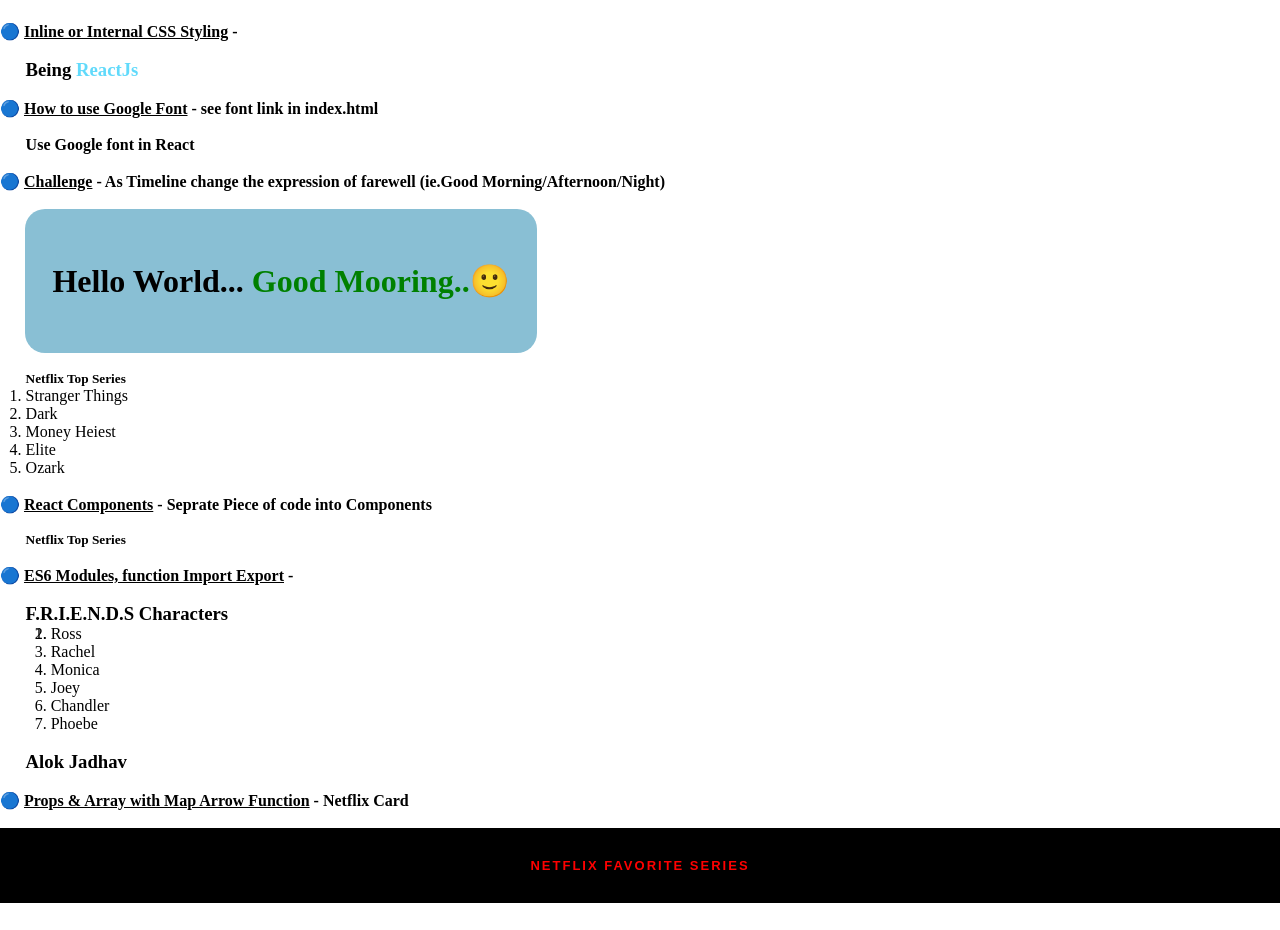
Repository: AalokJadhav/Being_ReactJS
Page: /
These files come from the project's save history. The page is drawn as it stood at one moment and after a run of saves; the edit follows.
The browser window is 1280 px wide. The pictures show the part of the page from y = 728 to 1658 px (the page is 2094 px tall before and 2112 px after).
Pictures or frames that could not be fetched are drawn as grey boxes. Some web fonts or font styles are not loaded; a fallback is used. The project was rebuilt for these pictures with package versions that can differ from the ones it lists, and the page was loaded fresh each time.

Above is the page before, as saved 2021-10-18 23:51:21.

After the next 2 saves:
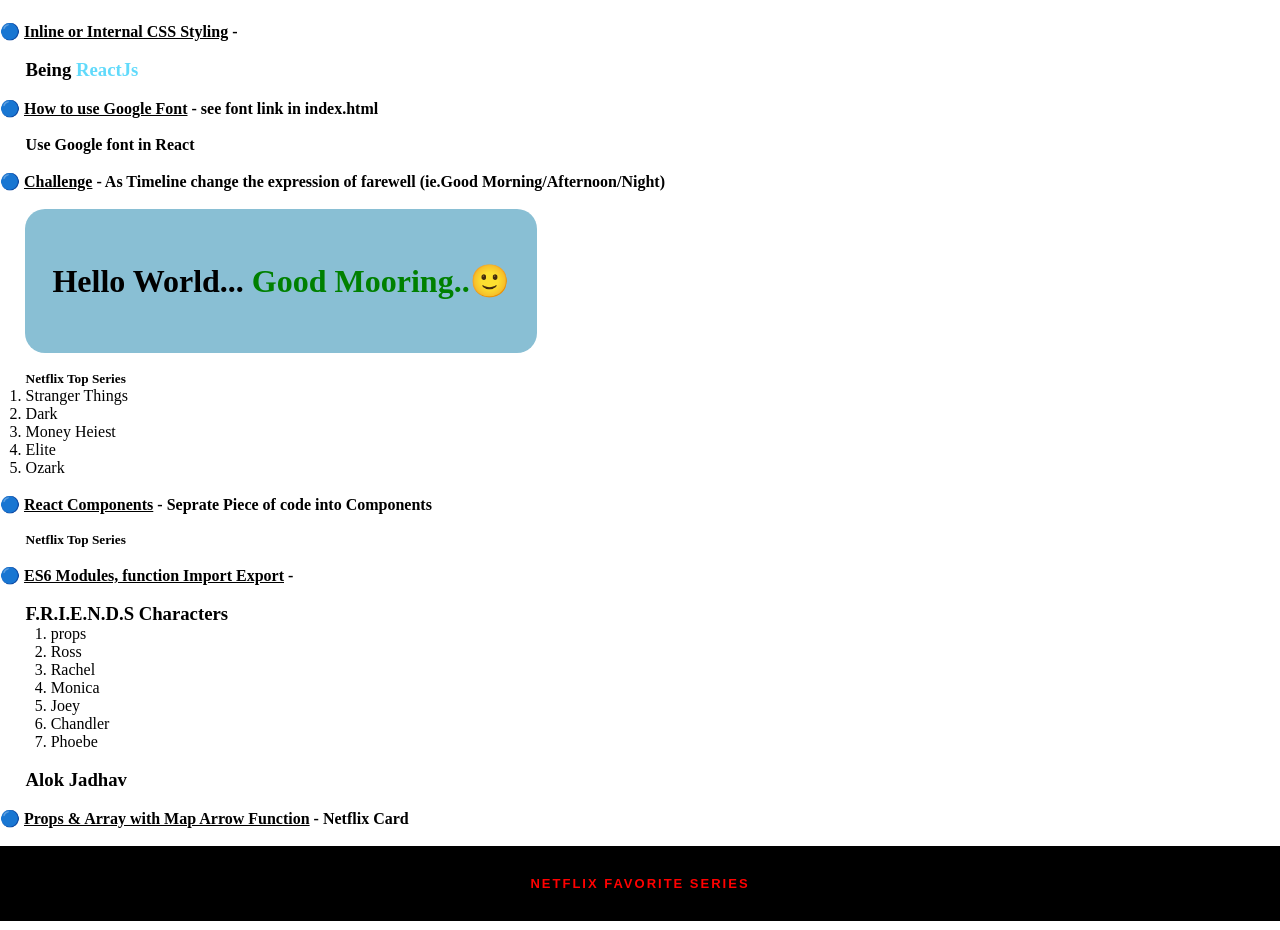
The 2 saves are shown as one change because 1 did not build or start.
The last was saved 91 s later.
--- a/src/AllCharacter.jsx
+++ b/src/AllCharacter.jsx
@@ -12,14 +12,14 @@
   AllCharacters.push(<li>{data}</li>);
 });
 
-function AllCharacter() {
+function AllCharacter(props) {
   return (
     <>
       <h4>🔵 <u>ES6 Modules, function Import Export</u> - </h4><br />
       <div className="content">
         <h3>F.R.I.E.N.D.S Characters</h3>
         <ol className="content">
-          <li>{AllCharacters}</li>
+          <li>props{AllCharacters}</li>
         </ol>
         <br />
         <h3>{Myname}</h3>

After the save that followed:
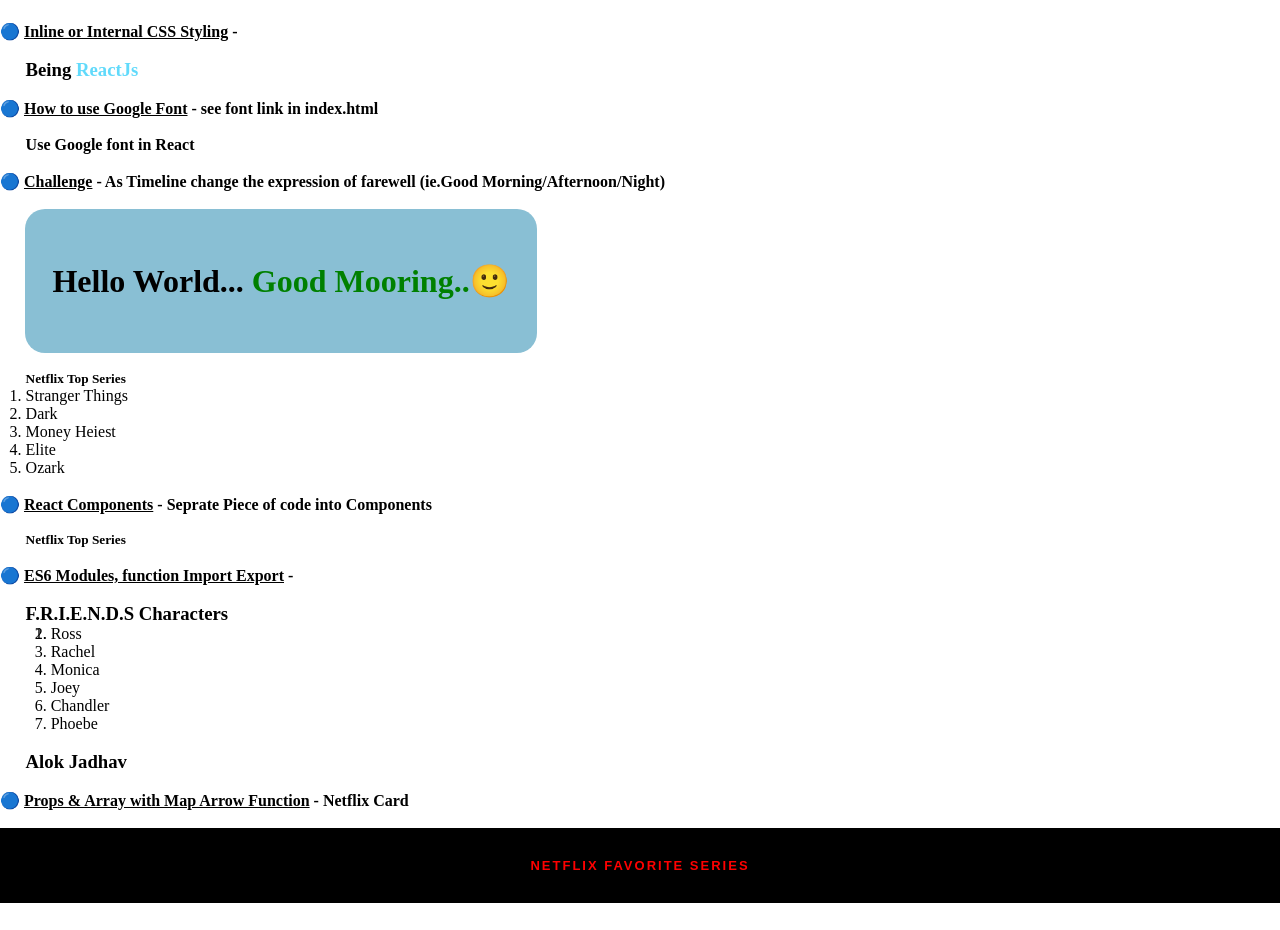
Saved 10 s later.
--- a/src/AllCharacter.jsx
+++ b/src/AllCharacter.jsx
@@ -19,7 +19,7 @@
       <div className="content">
         <h3>F.R.I.E.N.D.S Characters</h3>
         <ol className="content">
-          <li>props{AllCharacters}</li>
+          <li>{AllCharacters}</li>
         </ol>
         <br />
         <h3>{Myname}</h3>
